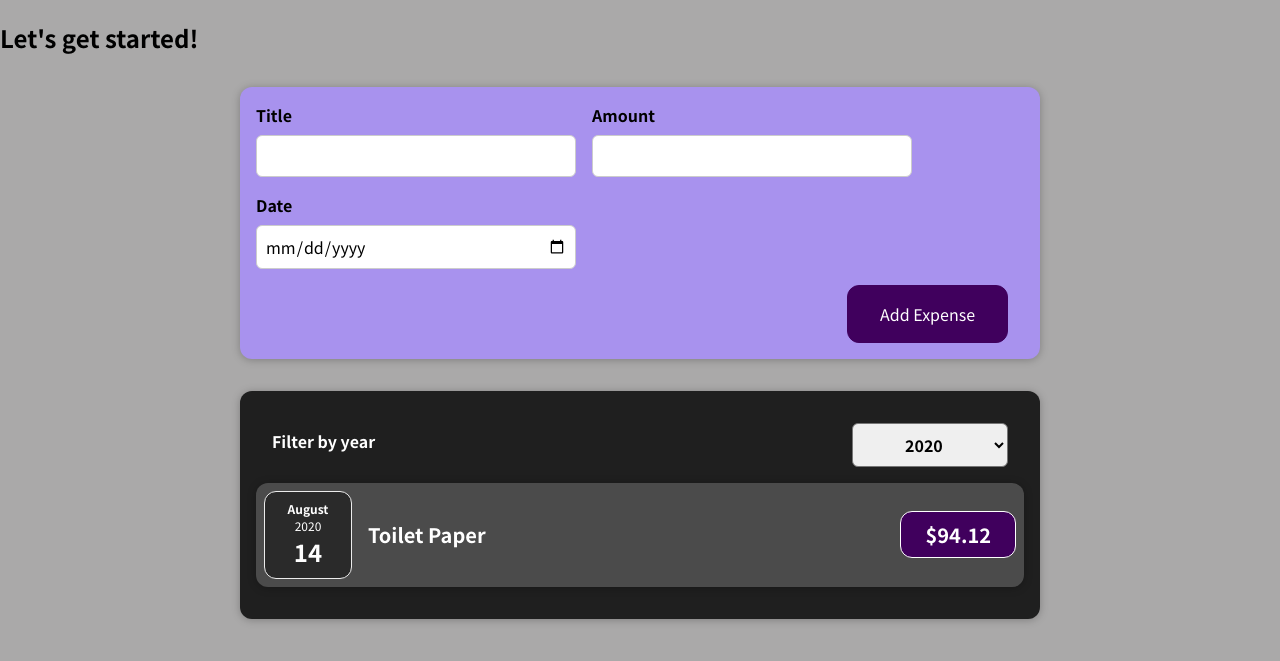
Repository: otvertka/MSC
Page: /
These files come from the project's save history. The page is drawn as it stood at one moment and after the next save; the edit follows.
The browser window is 1280 px wide. The pictures show the whole page.
The project was rebuilt for these pictures with package versions that can differ from the ones it lists, and the page was loaded fresh each time.

Above is the page before, as saved 2023-06-30 15:14:10.

After the next save:
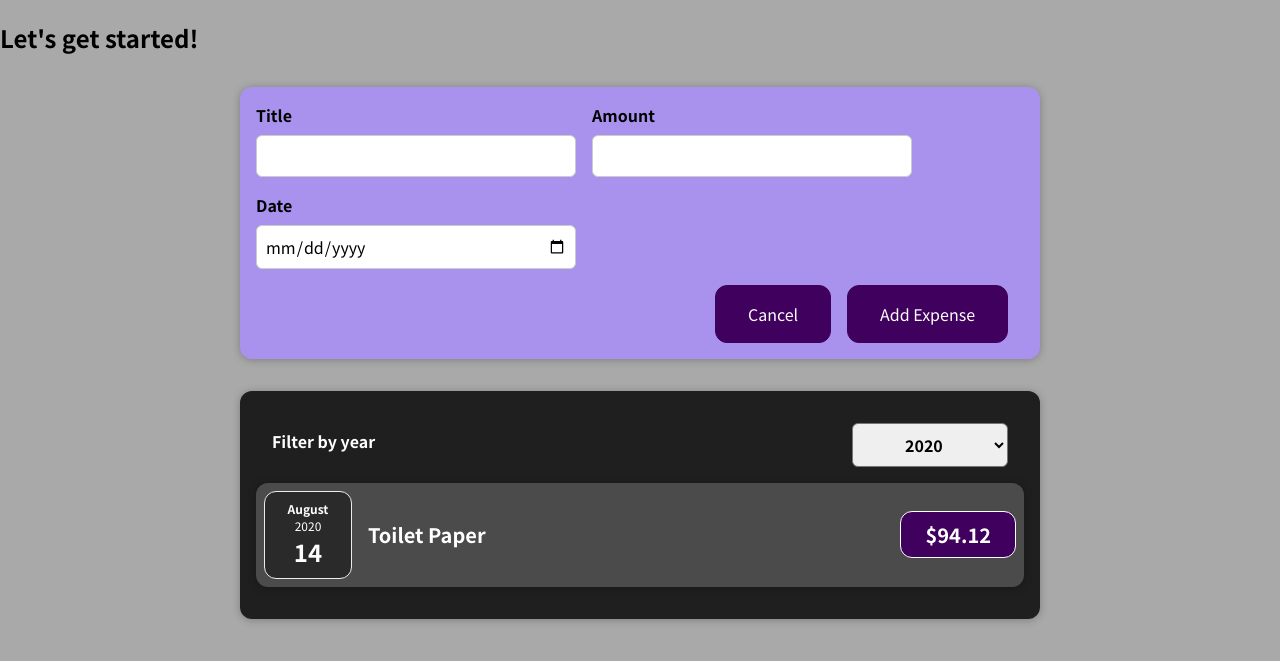
Saved 19 h 15 min later.
--- a/src/components/NewExpense/ExpenseForm.js
+++ b/src/components/NewExpense/ExpenseForm.js
@@ -65,7 +65,7 @@ const ExpenseForm = (props) => {
       amount: enteredAmount,
       date: new Date(enteredDate),
     };
-    props.onSaveExpenseData(expenseData);  //  <ExpenseForm onSaveExpenseData={saveExpenseDataHandler} />
+    props.onSaveExpenseData(expenseData); //  <ExpenseForm onSaveExpenseData={saveExpenseDataHandler} />
     setEnteredTitle("");
     setEnteredAmount("");
     setEnteredDate("");
@@ -104,6 +104,7 @@ const ExpenseForm = (props) => {
           </div>
         </div>
         <div className="new-expense__actions">
+          <button type="reset">Cancel</button>
           <button type="submit">Add Expense</button>
         </div>
       </form>
